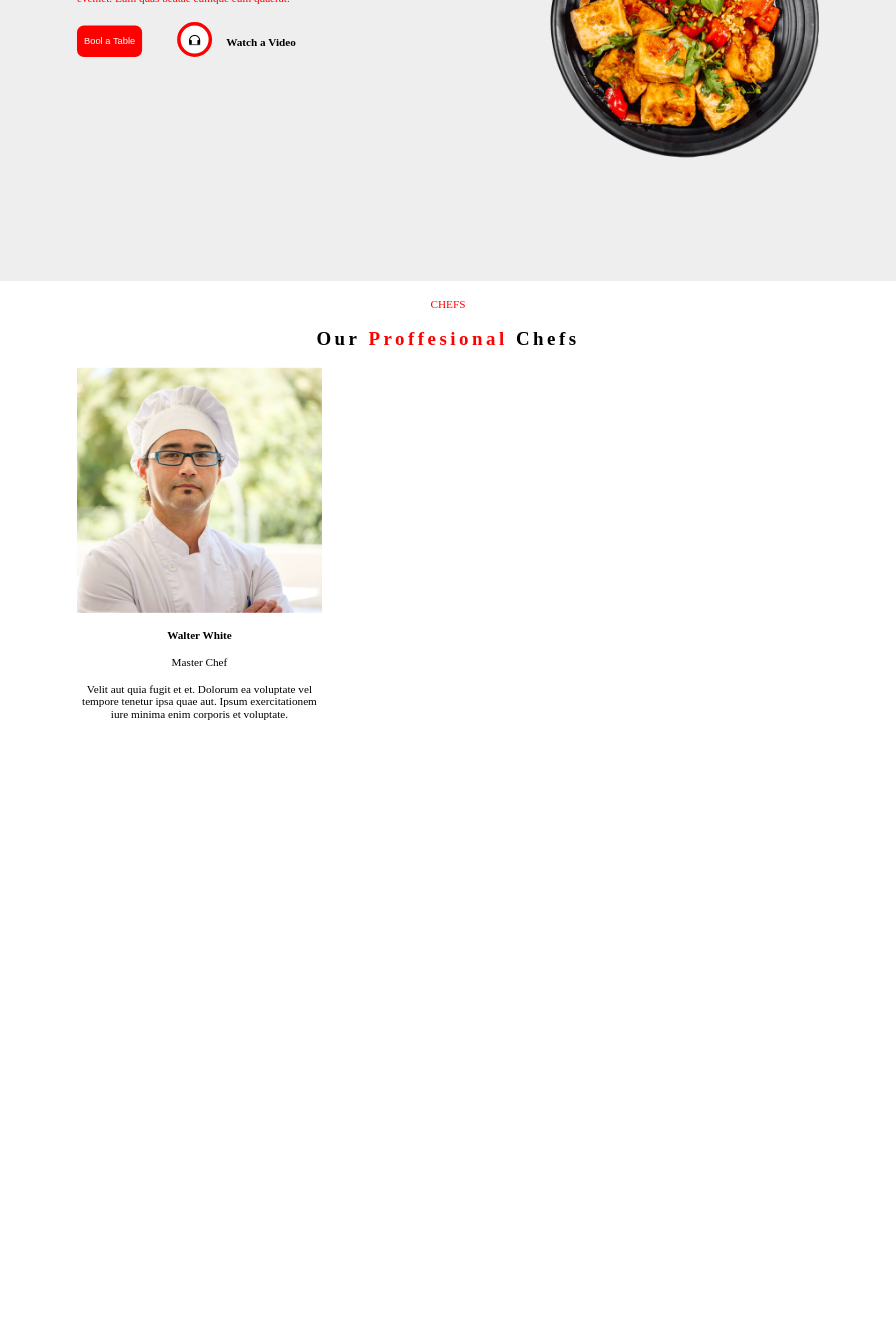
Repository: Ahmedalid/New-project
Page: Rout/index.html
An editor plug-in stored every save of this project. The page is shown before and after the next save, followed by the edit.
The browser window is 1280 px wide. The pictures show the part of the page from y = 398 to 2318 px (the page is 5000 px tall), at 70% of full size.

Above is the page before, as saved 2023-06-04 20:05:19.

### Rout/index.html
<!DOCTYPE html>
<html lang="en">

<head>
    <meta charset="UTF-8">
    <meta http-equiv="X-UA-Compatible" content="IE=edge">
    <meta name="viewport" content="width=device-width, initial-scale=1.0">
    <link rel="stylesheet" href="https://cdnjs.cloudflare.com/ajax/libs/font-awesome/6.4.0/css/all.min.css">
    <link rel="stylesheet" href="css/style.css">
    <title>Document</title>
</head>

<body>
    <!-- Start NavBar -->
    <nav>
        <div class="div-nav">
            <div class="nav-logo">
                <h1>Mealify</h1>
            </div>
            <div class="nav-item">
                <ul>
                    <li><a href="default.asp" class="home-actiev">Home</a></li>
                    <li><a href="" class="text-color">Chefs</a></li>
                    <li><a href="" class="text-color">Gallery</a></li>
                    <li><a href="" class="text-color">Contact</a></li>
                </ul>
            </div>
            <div class="nav-icon">
                <span><i class="fa-solid fa-moon"></i></span>
            </div>
        </div>
    </nav>
    <!-- End NavBar -->

    <!-- Start Header -->
    <header>
        <div class="div-header">
            <div class="content-header container">
                <h2 class="mt li">Enjoy Your Healthy</h2>
                <h2 class="mt li">Delicious Food</h2>
                <p class="mt text-color">Sed autem laudantium dolores. Voluptatem itaque ea consequatur eveniet.
                    Eum quas beatae cumque eum quaerat.</p>
                <div class="d-flex">
                    <button class="btn-Boolatable">Bool a Table</button>
                    <div class="d-flex mt  ">
                        <a href="" class="icone-headphones"> <span class="headphones d-center"> <i
                                    class="fa-solid fa-headphones "></i></span> </a>
                        <span class="Video">Watch a Video</span>
                    </div>
                </div>
            </div>
            <div class="content-header container">
                <div class="img-header ">
                    <img src="img/hero-img.png" alt="">
                </div>
            </div>
        </div>
    </header>
    <!-- End Header -->
    <section class="container">
        <p class="text-center text-color mt">CHEFS</p>
        <h5 class="li text-center our-section mt">
            Our
            <span class="text-color">Proffesional</span>
            Chefs
        </h5>
        <!-- Card And Img -->
        <div class="mt card-img">
            <div class="">
                <img src="img/chefs-3.jpg" alt="">
                <h4 class="text-center mt-1">Walter White </h4>
                <p class="text-center mt-1">Master Chef</p>
                <p class="text-center mt-1">
                    Velit aut quia fugit et et. Dolorum ea voluptate vel
                     tempore tenetur ipsa quae aut. Ipsum
                    exercitationem iure minima enim corporis et voluptate.
                </p>

            </div>
        </div>
    </section>
</body>

</html>

### Rout/css/style.css
*{
    margin: 0;
    padding: 0;
    box-sizing: border-box;
}
body{
    height: 5000px;
}
nav{
    box-shadow: 0px 16px 43px 0px rgba(0,0,0,0.1),0px 10px 15px -3px rgba(0,0,0,0.1),0px 10px 15px -3px rgba(0,0,0,0.1);
       height: 80px;
       position: sticky;
       top: 0;
       left: 0;
       overflow: auto;
       background-color: white;
}
.div-nav{
     margin: auto 110px;
    display: flex;
   margin-top: 30px;
    justify-content: space-between;
}
.container{
    margin: auto 110px;
}
.nav-item ul li{
    list-style: none;

    width: 100%;

}
.nav-item ul li a{
     text-decoration: none;
     color: black;
     padding: 20px;
     outline: none;
     transition: 0.5;
     font-weight: 400;
}
.nav-item ul li a:hover{
    border-bottom: 2px solid red;
}
.nav-item ul {
          display: flex;
    justify-content: space-between;

}
.nav-logo h1{
    font-weight: bold;
    font-size: 30px;
}
.home-actiev{
    border-bottom: 2px solid red;
    font-weight: bold;
}
.nav-icon span i{
    font-size: 30px;
}
/* End NavBar */
/* Start Header */
/* Start Header */
.div-header{
    display: flex;
}
header{
    background-color: #eeeeee;
    overflow: auto;
    height: 100vh;
}
.content-header{
  margin-top: 160px;
}
img{
    width: 100%;
}
.mt{
    margin-top: 25px;
}
.li{
    letter-spacing: 5px;
}
.text-color{
    color: #7f7f90;
}
.d-flex{
    display: flex;
}
.btn-Boolatable{
    border: none;
    outline: none;
    background-color: red;
    color: white;
    padding: 10px;
    border-radius: 10px;
    margin-top: 30px;
}
.headphones{
    background-color: white;
    border-radius: 50%;
    width: 50px;
    height: 50px;
    border: 5px solid red;
    margin-left: 50px;
    cursor: pointer;
}
.d-center{
    display: flex;
    justify-content: center;
    align-items: center;
}
.Video{
    margin-top: 20px;
    margin-left: 20px;
    font-weight: bold;
    cursor: pointer;
    transition: 0.5s;
}
.Video:hover{
    color: red;
}
.icone-headphones{
    color: black;
    list-style: none;
}

.text-center{
    text-align: center;
    /* margin-top: 50px; */
}
.text-color{
    color: red;
}
.our-section{
    font-size: 27px;
}
.card-img{
    width: 33%;
    display: inline-block;
}
.mt-1{
    margin-top: 20px;
}

After the next save:
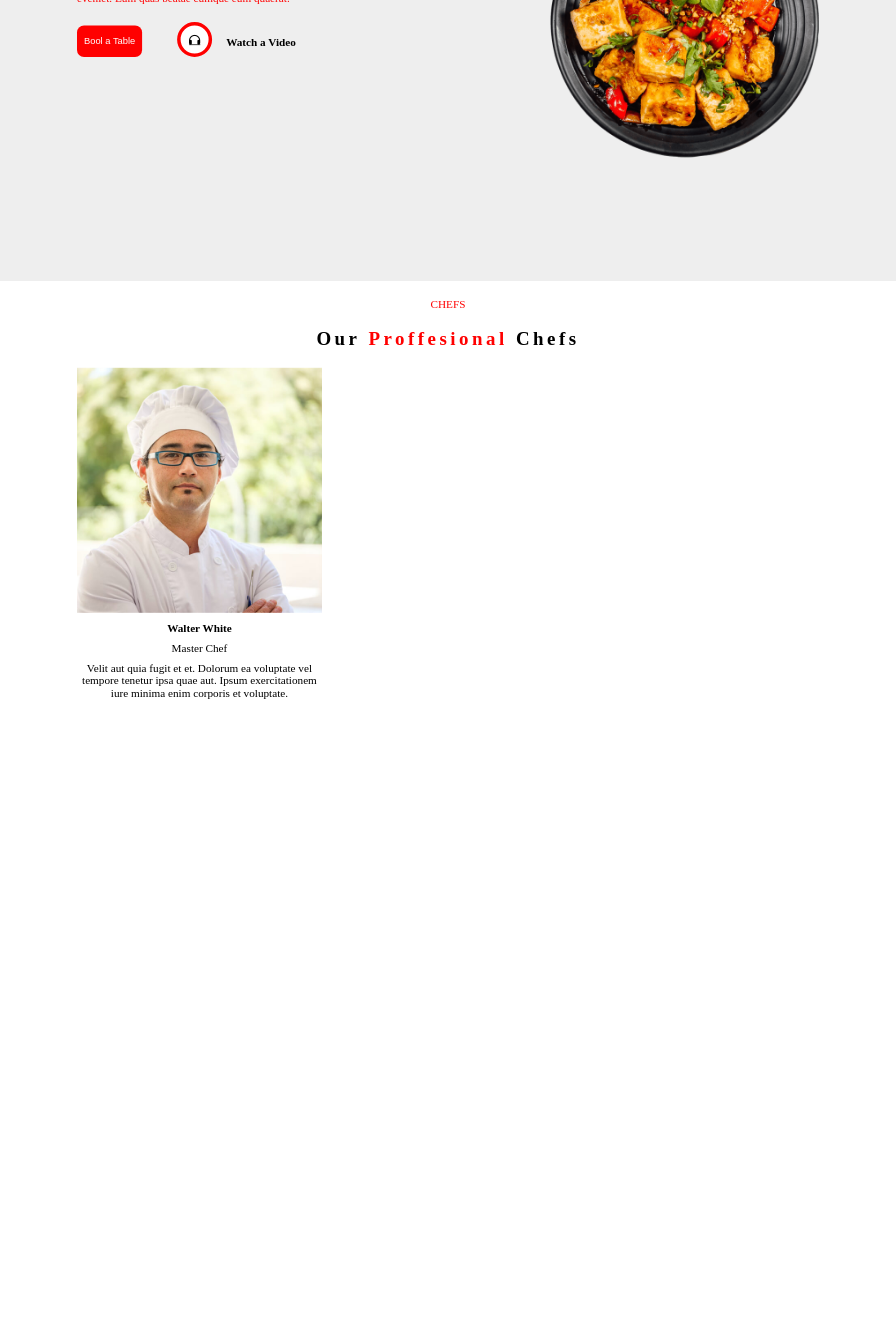
Saved 10 s later.
--- a/Rout/css/style.css
+++ b/Rout/css/style.css
@@ -139,5 +139,5 @@ img{
     display: inline-block;
 }
 .mt-1{
-    margin-top: 20px;
+    margin-top: 10px;
 }
